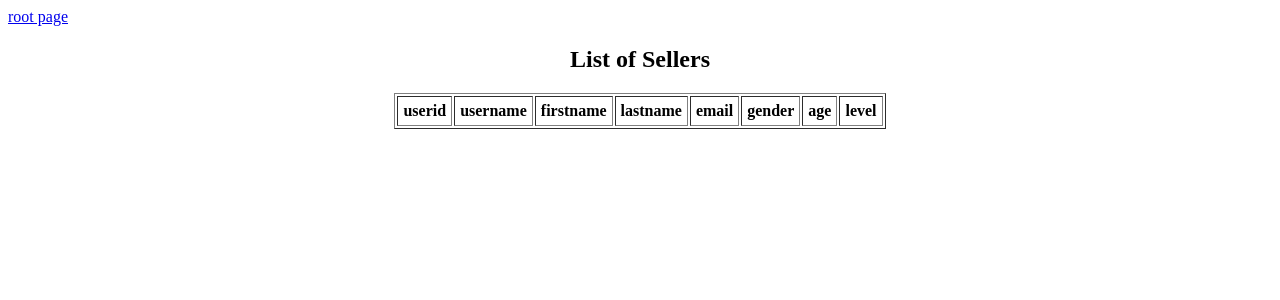
Repository: HamdanM/DatabaseProject
Page: http://localhost/DB3/Displaynum2.jsp
These files come from the project's save history. The page is drawn as it stood at one moment and after a run of saves; the edit follows.
The browser window is 1280 px wide. The pictures show the whole page.
The page is served by Tomcat 9. Nobody is signed in. The application's start-up code is not run.

Above is the page before, as saved 2019-07-27 21:41:52.

After the next 2 saves:
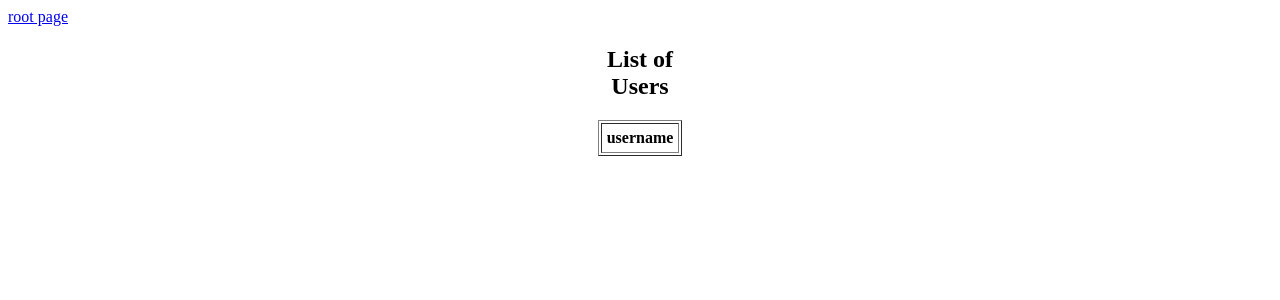
The 2 saves are shown as one change because they came seconds apart.
The last was saved 42 s later.
--- a/DB3/WebContent/Displaynum2.jsp
+++ b/DB3/WebContent/Displaynum2.jsp
@@ -14,38 +14,21 @@
 
   <div align="center">
         <table border="1" cellpadding="5">
-            <caption><h2>List of Sellers</h2></caption>
+            <caption><h2>List of Users</h2></caption>
             <tr>
-            	<th>userid</th>
+
                 <th>username</th>
-                <th>firstname</th>
-                <th>lastname</th>
-         		<th>email</th>
-                <th>gender</th>
-                <th>age</th>
-          		<th>level</th>
+
 
 
             </tr>
             <c:forEach var="us" items="${usersList}">
                 <tr>
-		            <td><c:out value="${us.userid}" /></td>
+
                     <td><c:out value="${us.getUsername()}" /></td>
-                    <td><c:out value="${us.getFirstname()}" /></td>
-                    <td><c:out value="${us.getLastname()}" /></td>
-                    <td><c:out value="${us.getEmail()}" /></td>
-                    <td><c:out value="${us.getGender()}" /></td>
-                    <td><c:out value="${us.getAge()}" /></td>
-                    <td><c:out value="${us.getLevel()}" /></td>
 
 
-			               <td>
-                        <a href="edit?id=<c:out value='${us.userid}' />">Edit</a>
-                        &nbsp;&nbsp;&nbsp;&nbsp;
-                        <a href="delete?id=<c:out value='${us.userid}' />">Delete</a>
-                    </td>
 
-                    </td>
                 </tr>
             </c:forEach>
         </table>
